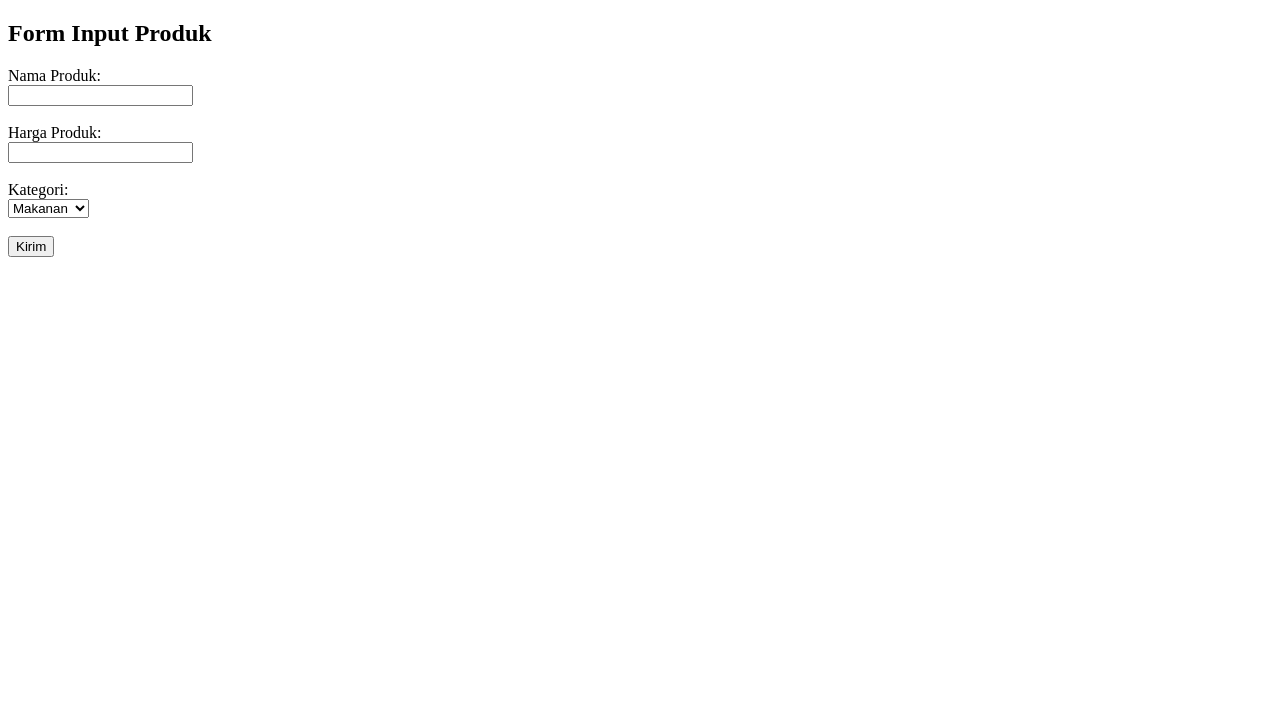
Repository: Bearli-py/latihan_laravel
Page: http://localhost/form-produk
These files come from the project's save history. The page is drawn as it stood at one moment and after a run of saves; the edit follows.
The browser window is 1280 px wide. The pictures show the whole page.
The page is served by the project's Laravel application, run on PHP 8.4 with Laravel 10. Other server files are loaded and not shown.

Above is the page before, as saved 2025-10-22 14:31:11.

### routes/web.php
<?php

use Illuminate\Support\Facades\Route;

/*
|--------------------------------------------------------------------------
| Web Routes
|--------------------------------------------------------------------------
|
| Here is where you can register web routes for your application. These
| routes are loaded by the RouteServiceProvider and all of them will
| be assigned to the "web" middleware group. Make something great!
|
*/

Route::get('/', function () {
    return view('welcome');
});

Route::get('/', function () {
return "Hello World";
});

Route::get('/user', function () {
return "Hello User";
});

use Illuminate\Http\Request;

// Langkah 1: Route GET untuk menampilkan form
Route::get('/form-produk', function () {
    return view('form-produk');
});

// Langkah 2: Route POST untuk menerima data form
Route::post('/kirim-produk', function (Request $request) {
    $nama = $request->input('nama');
    $harga = $request->input('harga');
    $kategori = $request->input('kategori');

    return "Produk bernama <b>$nama</b> dengan harga <b>Rp$harga</b> termasuk kategori <b>$kategori</b> berhasil dikirim!";
});

### resources/views/form-produk.blade.php
<!DOCTYPE html>
<html lang="id">
<head>
    <meta charset="UTF-8">
    <meta name="viewport" content="width=device-width, initial-scale=1.0">
    <title>Form Input Produk</title>
</head>
<body>
    <h2>Form Input Produk</h2>

    <form action="/kirim-produk" method="POST">
        @csrf <!-- Token keamanan wajib di setiap form POST -->
        <label>Nama Produk:</label><br>
        <input type="text" name="nama" required><br><br>

        <label>Harga Produk:</label><br>
        <input type="number" name="harga" required><br><br>

        <label>Kategori:</label><br>
        <select name="kategori">
            <option value="Makanan">Makanan</option>
            <option value="Minuman">Minuman</option>
            <option value="Elektronik">Elektronik</option>
    </select><br><br>

    <button type="submit">Kirim</button>
</form>
</body>
</html>

After the next 2 saves:
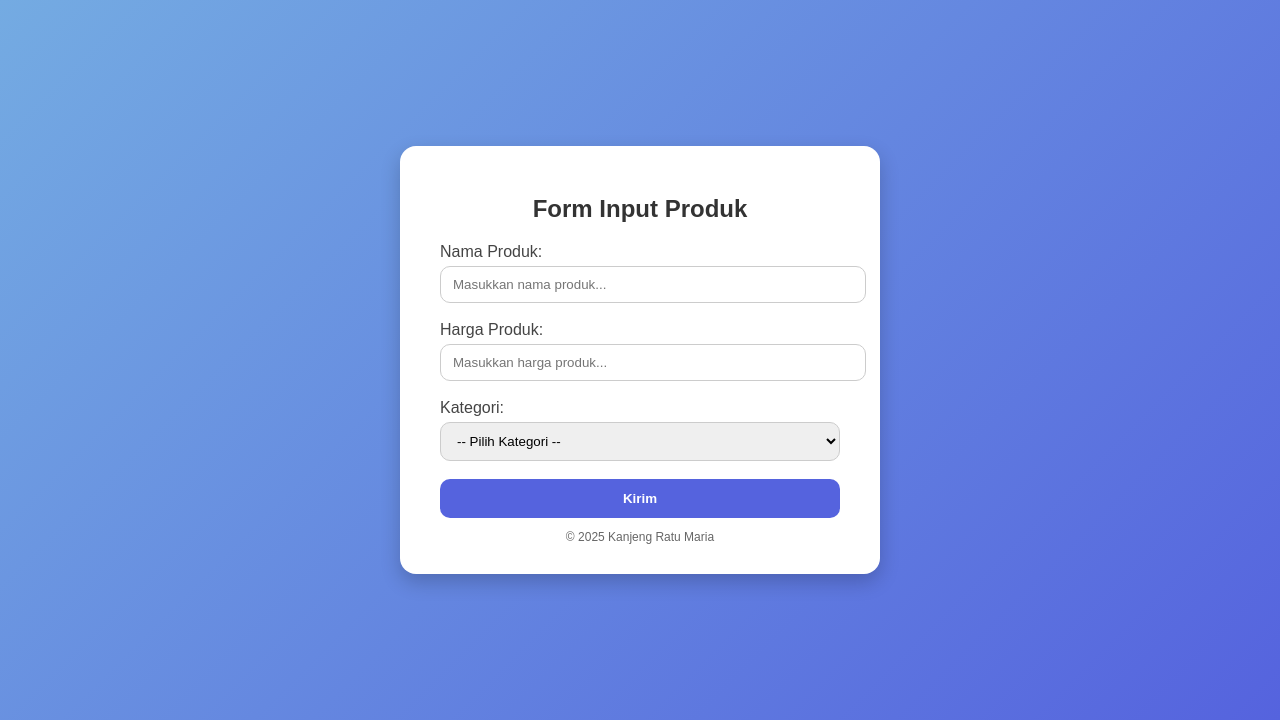
The 2 saves are shown as one change because they came seconds apart.
The last was saved 7 min 34 s later.
--- a/resources/views/form-produk.blade.php
+++ b/resources/views/form-produk.blade.php
@@ -4,26 +4,98 @@
     <meta charset="UTF-8">
     <meta name="viewport" content="width=device-width, initial-scale=1.0">
     <title>Form Input Produk</title>
+    <style>
+        body {
+            font-family: 'Poppins', sans-serif;
+            background: linear-gradient(135deg, #74ABE2, #5563DE);
+            min-height: 100vh;
+            display: flex;
+            align-items: center;
+            justify-content: center;
+            margin: 0;
+        }
+
+        .form-container {
+            background-color: #fff;
+            width: 400px;
+            padding: 30px 40px;
+            border-radius: 16px;
+            box-shadow: 0 8px 20px rgba(0, 0, 0, 0.2);
+        }
+
+        h2 {
+            text-align: center;
+            color: #333;
+            margin-bottom: 20px;
+        }
+
+        label {
+            font-weight: 500;
+            color: #444;
+        }
+
+        input, select {
+            width: 100%;
+            padding: 10px 12px;
+            margin-top: 5px;
+            margin-bottom: 18px;
+            border: 1px solid #ccc;
+            border-radius: 10px;
+            outline: none;
+            transition: 0.3s;
+        }
+
+        input:focus, select:focus {
+            border-color: #5563DE;
+            box-shadow: 0 0 4px rgba(85, 99, 222, 0.5);
+        }
+
+        button {
+            width: 100%;
+            padding: 12px;
+            background-color: #5563DE;
+            color: white;
+            font-weight: 600;
+            border: none;
+            border-radius: 10px;
+            cursor: pointer;
+            transition: 0.3s;
+        }
+
+        button:hover {
+            background-color: #3c48c0;
+        }
+
+        footer {
+            text-align: center;
+            margin-top: 12px;
+            font-size: 12px;
+            color: #666;
+        }
+    </style>
 </head>
 <body>
-    <h2>Form Input Produk</h2>
+    <div class="form-container">
+        <h2>Form Input Produk</h2>
+        <form action="/kirim-produk" method="POST">
+            @csrf
+            <label for="nama">Nama Produk:</label>
+            <input type="text" id="nama" name="nama" placeholder="Masukkan nama produk..." required>
 
-    <form action="/kirim-produk" method="POST">
-        @csrf <!-- Token keamanan wajib di setiap form POST -->
-        <label>Nama Produk:</label><br>
-        <input type="text" name="nama" required><br><br>
+            <label for="harga">Harga Produk:</label>
+            <input type="number" id="harga" name="harga" placeholder="Masukkan harga produk..." required>
 
-        <label>Harga Produk:</label><br>
-        <input type="number" name="harga" required><br><br>
+            <label for="kategori">Kategori:</label>
+            <select id="kategori" name="kategori" required>
+                <option value="">-- Pilih Kategori --</option>
+                <option value="Makanan">Makanan</option>
+                <option value="Minuman">Minuman</option>
+                <option value="Elektronik">Elektronik</option>
+            </select>
 
-        <label>Kategori:</label><br>
-        <select name="kategori">
-            <option value="Makanan">Makanan</option>
-            <option value="Minuman">Minuman</option>
-            <option value="Elektronik">Elektronik</option>
-    </select><br><br>
-
-    <button type="submit">Kirim</button>
-</form>
+            <button type="submit">Kirim</button>
+        </form>
+        <footer>© 2025 Kanjeng Ratu Maria</footer>
+    </div>
 </body>
 </html>
